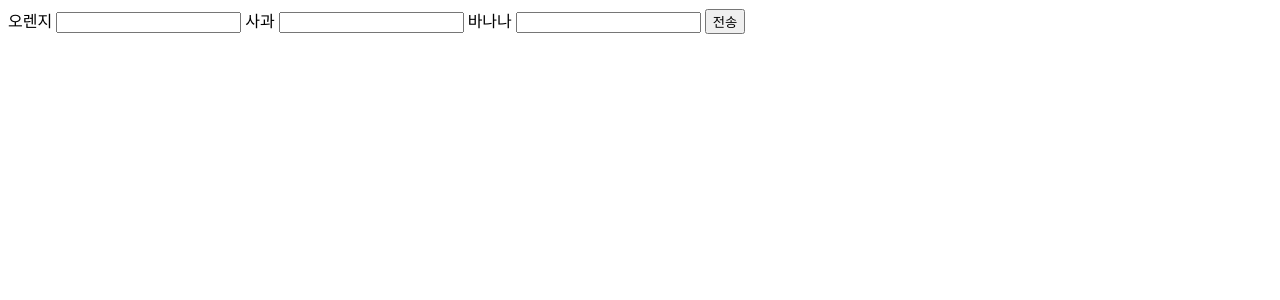
Repository: saysang22/servlet
Page: http://localhost/Exercise/form03.jsp
An editor plug-in stored every save of this project. The page is shown before and after the next save, followed by the edit.
The browser window is 1280 px wide. The pictures show the whole page.
The page is served by Tomcat 10.

Above is the page before, as saved 2024-05-30 02:47:39.

After the next save:
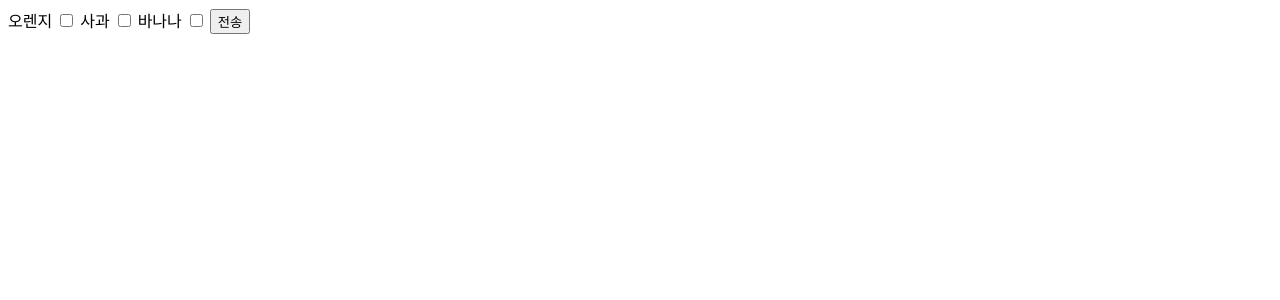
Saved 19 s later.
--- a/Exercise/src/main/webapp/form03.jsp
+++ b/Exercise/src/main/webapp/form03.jsp
@@ -9,11 +9,11 @@
 <body>
 	<form method="get" action="form03_process.jpg">
 		<label>오렌지</label>
-		<input type="text" name="name"/>
+		<input type="checkbox" name="name"/>
 		<label>사과</label>
-		<input type="text" name="name"/>
+		<input type="checkbox" name="name"/>
 		<label>바나나</label>
-		<input type="text" name="name"/>
+		<input type="checkbox" name="name"/>
 		<input type="submit" value="전송"/>
 	</form>
 </body>
